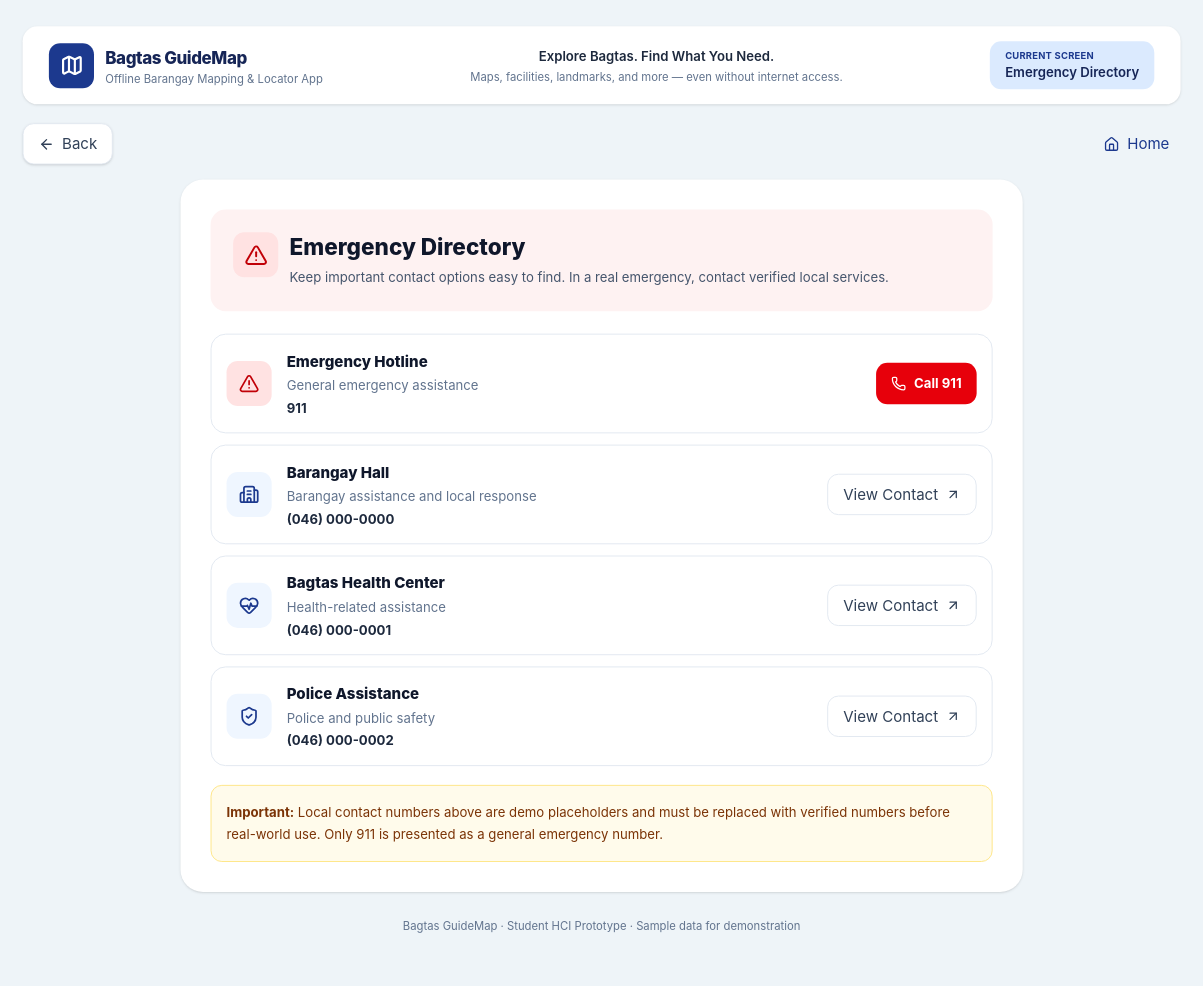
Repository: JulyoGit/Pansoy-high-fidelity-prototype
Page: /emergency
These files come from the project's save history. The page is drawn as it stood at one moment and after the next save; the edit follows.
The browser window is 1280 px wide. The pictures show the whole page, at 94% of full size.
The project was rebuilt for these pictures with package versions that can differ from the ones it lists, and the page was loaded fresh each time. Also part of the build but not shown: vite.config.js, src/components/QuickAccess.jsx, src/components/MapPreview.jsx, src/screens/Home.jsx, src/components/LocationCard.jsx, src/screens/Search.jsx, src/screens/Map.jsx, src/screens/Details.jsx and 1 more.

Above is the page before, as saved 2026-10-16 16:43:06.

### index.html
<!doctype html>
<html lang="en">
  <head>
    <meta charset="UTF-8" />
    <meta name="viewport" content="width=device-width, initial-scale=1.0" />
    <meta name="theme-color" content="#1e3a8a" />
    <title>Bagtas GuideMap</title>
  </head>
  <body>
    <div id="root"></div>
    <script type="module" src="/src/main.jsx"></script>
  </body>
</html>

### src/main.jsx
import React from "react";
import { createRoot } from "react-dom/client";
import { BrowserRouter } from "react-router-dom";
import App from "./App";
import "./index.css";

createRoot(document.getElementById("root")).render(
  <React.StrictMode>
    <BrowserRouter>
      <App />
    </BrowserRouter>
  </React.StrictMode>
);

### src/App.jsx
import { Navigate, Route, Routes } from "react-router-dom";
import Layout from "./components/Layout";
import Home from "./screens/Home";
import Search from "./screens/Search";
import MapScreen from "./screens/Map";
import Details from "./screens/Details";
import Emergency from "./screens/Emergency";
import Confirmation from "./screens/Confirmation";

export default function App() {
  return (
    <Layout>
      <Routes>
        <Route path="/" element={<Home />} />
        <Route path="/search" element={<Search />} />
        <Route path="/map" element={<MapScreen />} />
        <Route path="/details" element={<Details />} />
        <Route path="/emergency" element={<Emergency />} />
        <Route path="/confirmation" element={<Confirmation />} />
        <Route path="*" element={<Navigate to="/" replace />} />
      </Routes>
    </Layout>
  );
}

### src/index.css
@import "tailwindcss";

:root {
  font-family: Inter, ui-sans-serif, system-ui, -apple-system, BlinkMacSystemFont, "Segoe UI", sans-serif;
  color: #172554;
  background: #eef4f8;
  font-synthesis: none;
  text-rendering: optimizeLegibility;
}

* {
  box-sizing: border-box;
}

body {
  margin: 0;
  min-width: 320px;
  min-height: 100vh;
}

button, input {
  font: inherit;
}

button:focus-visible, a:focus-visible, input:focus-visible {
  outline: 3px solid #93c5fd;
  outline-offset: 3px;
}

.map-grid {
  background-color: #e9f1e7;
  background-image:
    linear-gradient(32deg, transparent 44%, #ffffff 44%, #ffffff 48%, transparent 48%),
    linear-gradient(120deg, transparent 28%, #d2dfec 28%, #d2dfec 31%, transparent 31%),
    linear-gradient(90deg, transparent 48%, #ffffff 48%, #ffffff 53%, transparent 53%),
    linear-gradient(0deg, transparent 65%, #ffffff 65%, #ffffff 70%, transparent 70%);
  background-size: 180px 150px, 210px 190px, 125px 115px, 145px 130px;
}

.route-line {
  clip-path: polygon(0 90%, 22% 90%, 22% 54%, 55% 54%, 55% 22%, 82% 22%, 82% 0, 100% 0, 100% 9%, 88% 9%, 88% 31%, 62% 31%, 62% 63%, 29% 63%, 29% 100%, 0 100%);
}

### src/components/Layout.jsx
import { ArrowLeft, Home } from "lucide-react";
import { useLocation, useNavigate } from "react-router-dom";
import Brand from "./Brand";

const screenNames = {
  "/": "Home",
  "/search": "Search",
  "/map": "Map / Route",
  "/details": "Location Details",
  "/emergency": "Emergency Directory",
  "/confirmation": "Confirmation"
};

export default function Layout({ children }) {
  const navigate = useNavigate();
  const location = useLocation();
  const isHome = location.pathname === "/";

  return (
    <div className="min-h-screen bg-[#eef4f8] px-3 py-4 sm:px-6 sm:py-7">
      <div className="mx-auto max-w-7xl">
        <header className="mb-5 flex flex-wrap items-center justify-between gap-4 rounded-2xl bg-white px-5 py-4 shadow-sm sm:px-7">
          <Brand />
          <div className="hidden text-center md:block">
            <p className="text-sm font-semibold text-slate-800">Explore Bagtas. Find What You Need.</p>
            <p className="mt-1 text-xs text-slate-500">Maps, facilities, landmarks, and more — even without internet access.</p>
          </div>
          <div className="rounded-xl bg-blue-100 px-4 py-2">
            <p className="text-[10px] font-bold uppercase tracking-wide text-blue-900">Current Screen</p>
            <p className="text-sm font-semibold text-blue-950">{screenNames[location.pathname] || "Bagtas GuideMap"}</p>
          </div>
        </header>

        {!isHome && (
          <div className="mb-4 flex items-center justify-between">
            <button onClick={() => navigate(-1)} className="inline-flex min-h-11 items-center gap-2 rounded-xl border border-slate-200 bg-white px-4 text-sm font-semibold text-slate-700 shadow-sm transition hover:bg-slate-50">
              <ArrowLeft size={17} /> Back
            </button>
            <button onClick={() => navigate("/")} className="inline-flex min-h-11 items-center gap-2 rounded-xl px-3 text-sm font-semibold text-blue-900 transition hover:bg-blue-100">
              <Home size={17} /> Home
            </button>
          </div>
        )}

        <main>{children}</main>
        <footer className="py-7 text-center text-xs text-slate-500">
          Bagtas GuideMap · Student HCI Prototype · Sample data for demonstration
        </footer>
      </div>
    </div>
  );
}

### src/screens/Emergency.jsx
import { AlertTriangle, ArrowUpRight, Building2, HeartPulse, Phone, ShieldCheck } from "lucide-react";
import { useNavigate } from "react-router-dom";
import { emergencyContacts } from "../data/locations";

const icons = { alert: AlertTriangle, building: Building2, health: HeartPulse, shield: ShieldCheck };

export default function Emergency() {
  const navigate = useNavigate();

  return (
    <div className="mx-auto max-w-4xl rounded-3xl bg-white p-5 shadow-sm sm:p-8">
      <div className="rounded-2xl bg-red-50 p-5 sm:p-6">
        <div className="flex items-start gap-3">
          <span className="flex h-12 w-12 shrink-0 items-center justify-center rounded-xl bg-red-100 text-red-700"><AlertTriangle size={25} /></span>
          <div>
            <h1 className="text-2xl font-extrabold text-slate-900">Emergency Directory</h1>
            <p className="mt-1 text-sm leading-6 text-slate-600">Keep important contact options easy to find. In a real emergency, contact verified local services.</p>
          </div>
        </div>
      </div>

      <div className="mt-6 space-y-3">
        {emergencyContacts.map((contact, index) => {
          const Icon = icons[contact.icon] || Phone;
          const isPlaceholder = contact.number.includes("000-");
          return (
            <div key={contact.name} className="flex flex-col gap-4 rounded-2xl border border-slate-200 p-4 sm:flex-row sm:items-center">
              <span className={`flex h-12 w-12 shrink-0 items-center justify-center rounded-xl ${index === 0 ? "bg-red-100 text-red-700" : "bg-blue-50 text-blue-900"}`}><Icon size={22} /></span>
              <div className="flex-1">
                <h2 className="font-extrabold text-slate-900">{contact.name}</h2>
                <p className="mt-1 text-sm text-slate-500">{contact.role}</p>
                <p className="mt-1 text-sm font-bold text-slate-800">{contact.number}</p>
              </div>
              {isPlaceholder ? (
                <button onClick={() => navigate(`/confirmation?type=contact&name=${encodeURIComponent(contact.name)}&number=${encodeURIComponent(contact.number)}`)} className="inline-flex min-h-11 items-center justify-center gap-2 rounded-xl border border-slate-200 px-4 text-sm font-bold text-slate-700 hover:bg-slate-50">View Contact <ArrowUpRight size={16} /></button>
              ) : (
                <a href={`tel:${contact.number}`} onClick={() => {}} className="inline-flex min-h-11 items-center justify-center gap-2 rounded-xl bg-red-600 px-4 text-sm font-bold text-white hover:bg-red-700"><Phone size={16} /> Call {contact.number}</a>
              )}
            </div>
          );
        })}
      </div>
      <div className="mt-5 rounded-xl border border-amber-200 bg-amber-50 p-4 text-sm leading-6 text-amber-900">
        <strong>Important:</strong> Local contact numbers above are demo placeholders and must be replaced with verified numbers before real-world use. Only 911 is presented as a general emergency number.
      </div>
    </div>
  );
}

### src/components/Brand.jsx
import { Map } from "lucide-react";

export default function Brand({ compact = false }) {
  return (
    <div className="flex items-center gap-3">
      <div className="flex h-12 w-12 shrink-0 items-center justify-center rounded-xl bg-blue-900 text-white">
        <Map size={25} strokeWidth={2.2} />
      </div>
      <div>
        <p className="text-lg font-extrabold tracking-tight text-blue-950">Bagtas GuideMap</p>
        {!compact && <p className="text-xs text-slate-500">Offline Barangay Mapping & Locator App</p>}
      </div>
    </div>
  );
}

### src/data/locations.js
export const locations = [
  {
    id: 1,
    name: "Bagtas Barangay Hall",
    category: "Facilities",
    type: "Government",
    address: "Bagtas, Tanza, Cavite",
    hours: "8:00 AM – 5:00 PM (Mon–Fri)",
    description: "Barangay services, community assistance, certificates, and local administrative support.",
    distance: "1.2 km",
    minutes: "4 min",
    image: "/images/barangayhall.jpg",
    icon: "building"
  },
  {
    id: 2,
    name: "Bagtas Health Center",
    category: "Emergency",
    type: "Health",
    address: "Bagtas, Tanza, Cavite",
    hours: "8:00 AM – 5:00 PM (Mon–Sat)",
    description: "Community health services, basic consultations, and public health assistance.",
    distance: "1.5 km",
    minutes: "5 min",
    image: "/images/healthcenter.jpg",
    icon: "health"
  },
  {
    id: 3,
    name: "Antonio B Del Rosario Sr. Memorial Elementary School",
    category: "Housing",
    type: "Education",
    address: "Bagtas, Tanza, Cavite",
    hours: "7:00 AM – 4:00 PM (Mon–Fri)",
    description: "Local public elementary school serving learners and families in the barangay.",
    distance: "850 m",
    minutes: "3 min",
    image: "/images/elementary.jpg",
    icon: "school"
  },
  {
    id: 4,
    name: "Bagtas Covered Court",
    category: "Facilities",
    type: "Community",
    address: "Bagtas, Tanza, Cavite",
    hours: "6:00 AM – 9:00 PM (daily)",
    description: "Community venue for sports, meetings, barangay programs, and public activities.",
    distance: "600 m",
    minutes: "2 min",
    image: "/images/court.jpg",
    icon: "court"
  }
];

export const emergencyContacts = [
  { name: "Emergency Hotline", role: "General emergency assistance", number: "911", icon: "alert" },
  { name: "Barangay Hall", role: "Barangay assistance and local response", number: "(046) 000-0000", icon: "building" },
  { name: "Bagtas Health Center", role: "Health-related assistance", number: "(046) 000-0001", icon: "health" },
  { name: "Police Assistance", role: "Police and public safety", number: "(046) 000-0002", icon: "shield" }
];

After the next save:
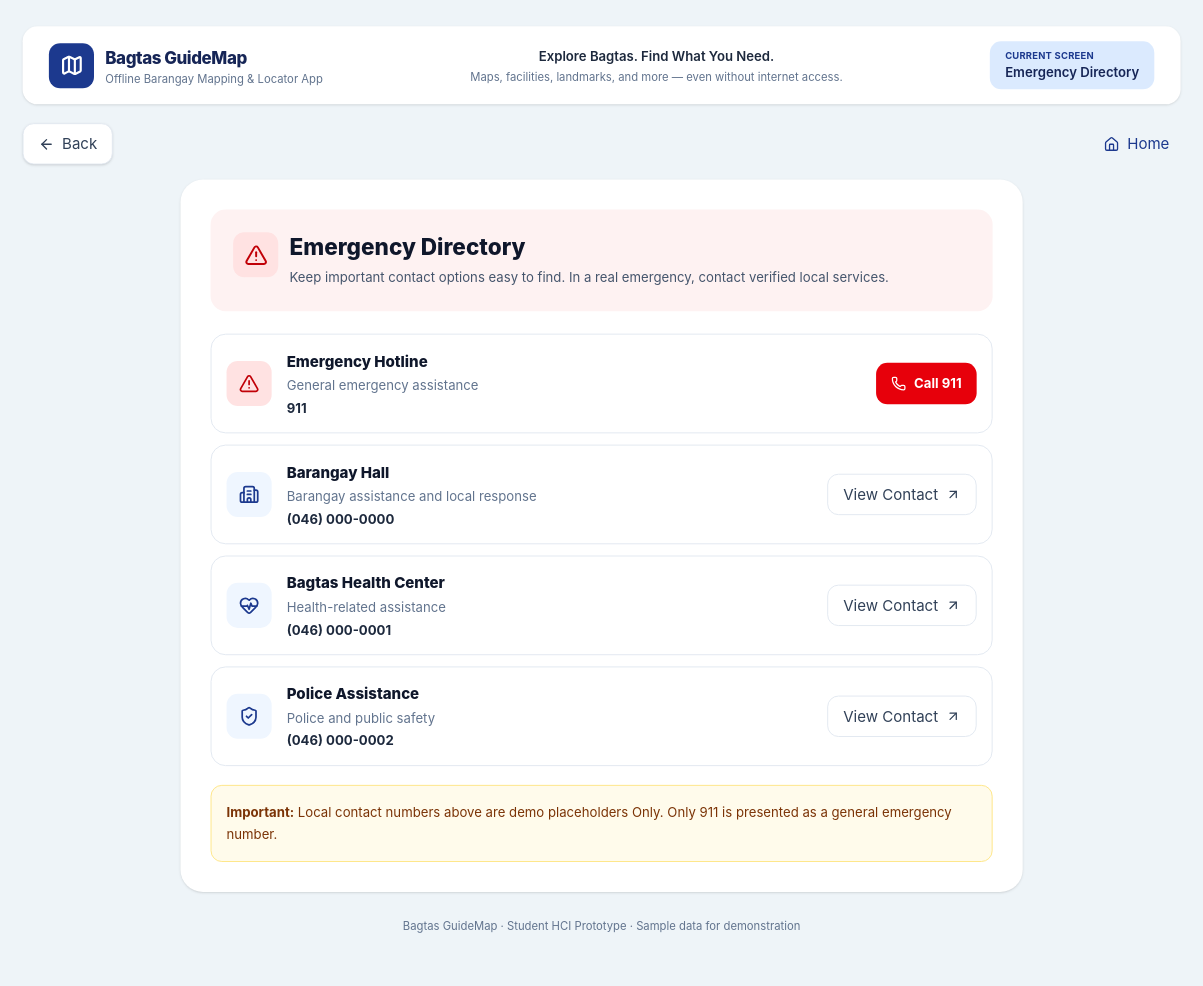
Saved 105 s later.
--- a/src/screens/Emergency.jsx
+++ b/src/screens/Emergency.jsx
@@ -41,7 +41,7 @@ export default function Emergency() {
         })}
       </div>
       <div className="mt-5 rounded-xl border border-amber-200 bg-amber-50 p-4 text-sm leading-6 text-amber-900">
-        <strong>Important:</strong> Local contact numbers above are demo placeholders and must be replaced with verified numbers before real-world use. Only 911 is presented as a general emergency number.
+        <strong>Important:</strong> Local contact numbers above are demo placeholders Only. Only 911 is presented as a general emergency number.
       </div>
     </div>
   );
